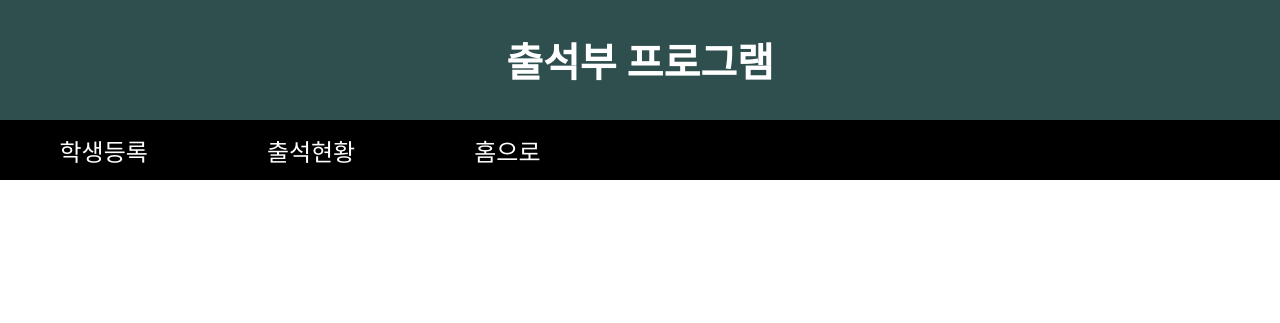
Repository: balhyo-younjisang/DigitechJSP
Page: http://localhost/rollbook/
An editor plug-in stored every save of this project. The page is shown before and after the next save, followed by the edit.
The browser window is 1280 px wide. The pictures show the whole page.
The page is served by Tomcat 9.

Above is the page before, as saved 2025-03-31 03:48:26.

After the next save:
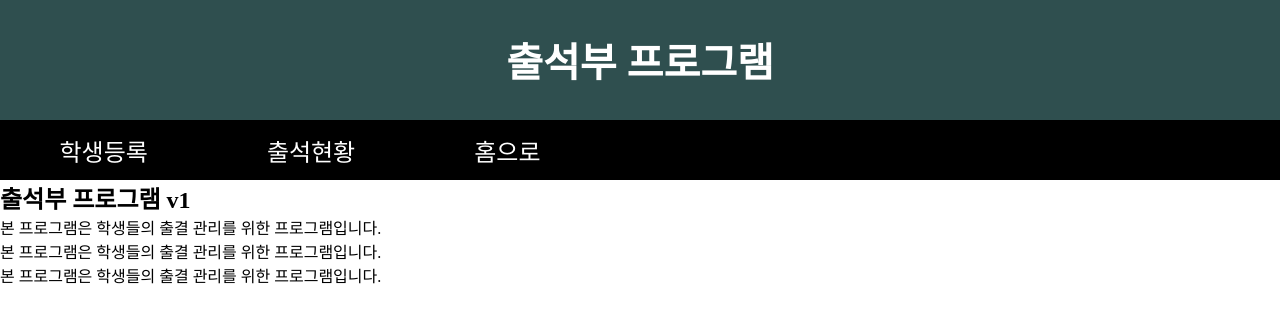
Saved 45 s later.
--- a/rollbook/src/main/webapp/index.jsp
+++ b/rollbook/src/main/webapp/index.jsp
@@ -9,5 +9,17 @@
 </head>
 <body>
 	<%@ include file="./component/header.jsp" %>
+	<main>
+		<h2>출석부 프로그램 v1</h2>
+		<p>
+			본 프로그램은 학생들의 출결 관리를 위한 프로그램입니다.
+		</p>
+		<p>
+			본 프로그램은 학생들의 출결 관리를 위한 프로그램입니다.
+		</p>
+		<p>
+			본 프로그램은 학생들의 출결 관리를 위한 프로그램입니다.
+		</p>
+	</main>
 </body>
 </html>
